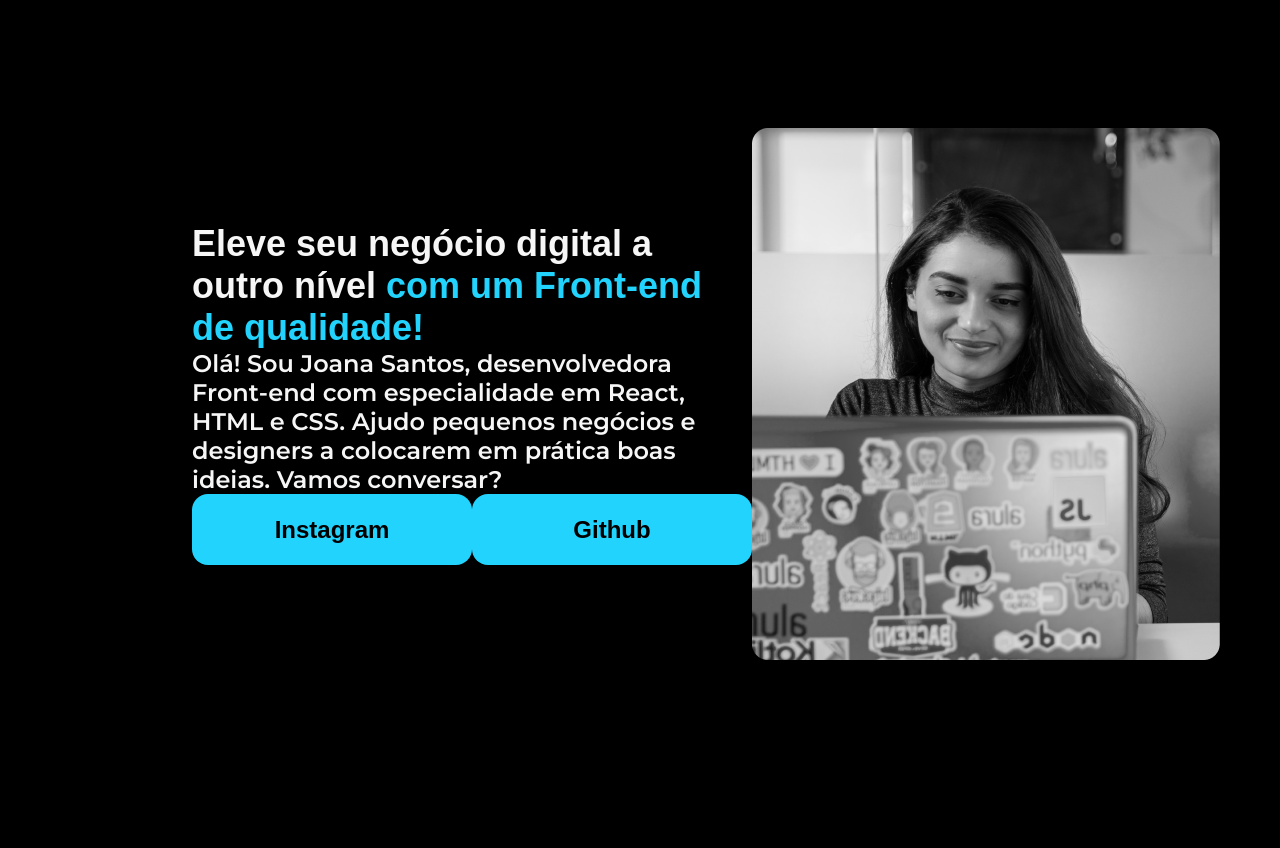
Repository: YoungAkira/CursoHtmlCss
Page: index.html
These files come from the project's save history. The page is drawn as it stood at one moment and after the next save; the edit follows.
The browser window is 1280 px wide. The pictures show the whole page.
Some web fonts or font styles are not loaded; a fallback is used.

Above is the page before, as saved 2023-05-13 13:00:43.

After the next save:
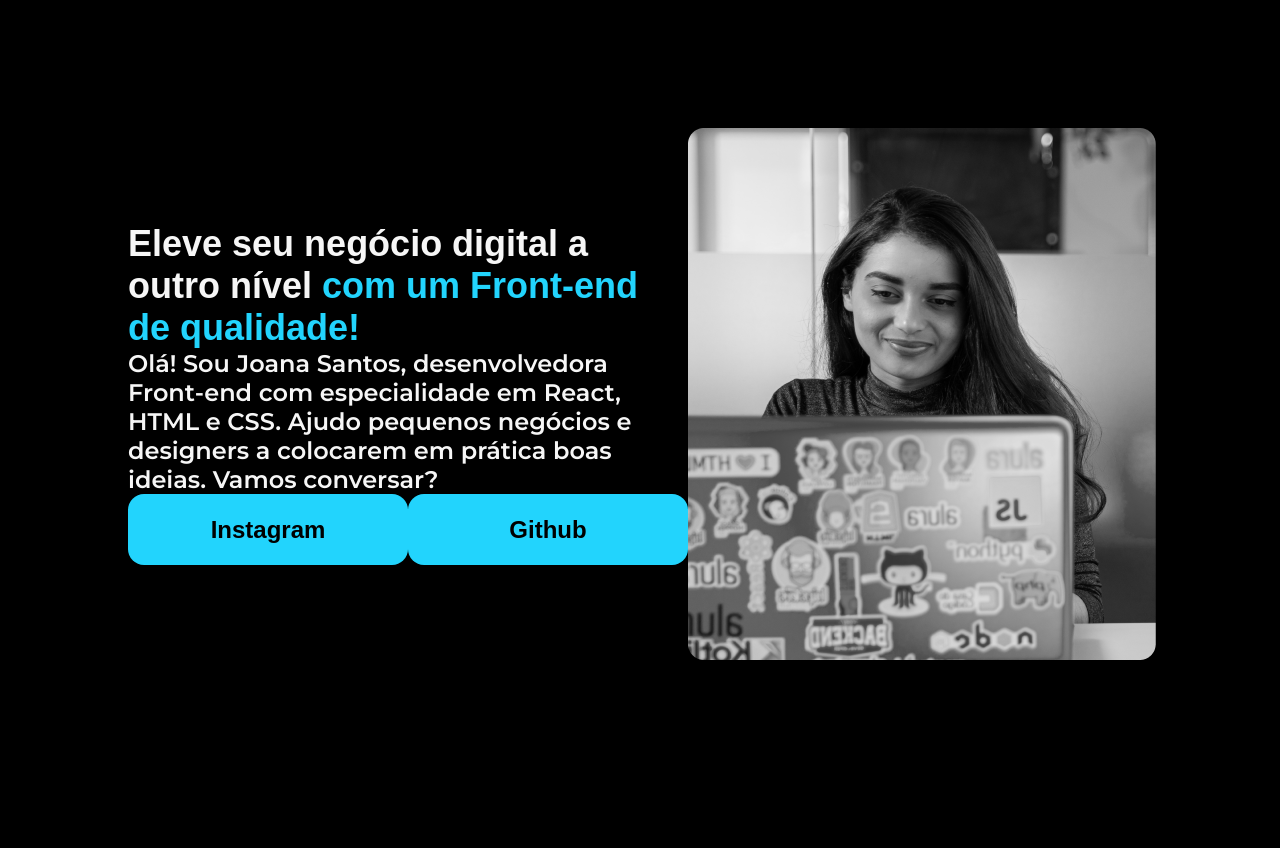
Saved 16 s later.
--- a/style.css
+++ b/style.css
@@ -23,7 +23,7 @@
     display: flex;
     align-items: center;
     justify-content: space-between;
-    margin: 10% 15%;
+    margin: 10% ;
 }
 
 

After the save that followed:
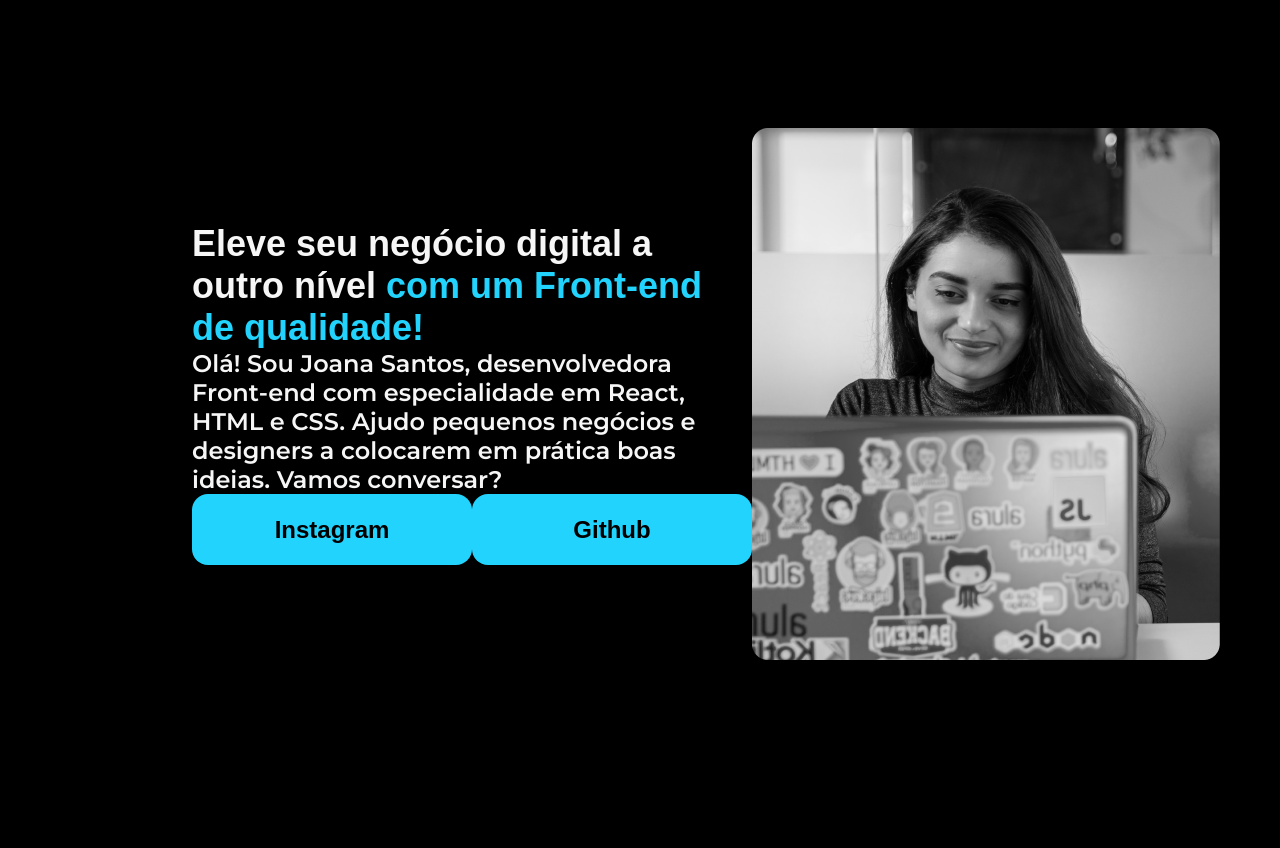
Saved 20 s later.
--- a/style.css
+++ b/style.css
@@ -23,7 +23,7 @@
     display: flex;
     align-items: center;
     justify-content: space-between;
-    margin: 10% ;
+    margin: 10% 15%;
 }
 
 
